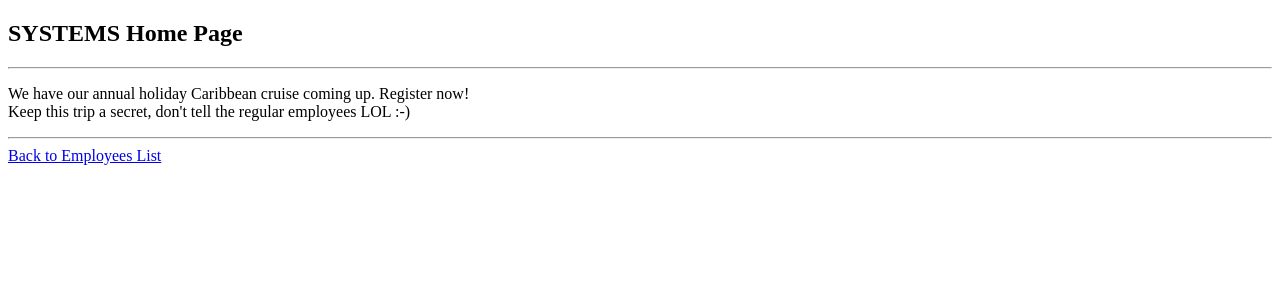
Repository: Vaishnavi-k-l/Springboot-Projects
Page: http://localhost/systems
These files come from the project's save history. The page is drawn as it stood at one moment and after the next save; the edit follows.
The browser window is 1280 px wide. The pictures show the whole page.
The page is this project's Thymeleaf template; nobody is signed in. The template is opened directly, without the code that normally fills it, so the values that code supplies are empty.

Above is the page before, as saved 2019-11-16 05:42:09.

### spring-security-with-jdbc/src/main/resources/templates/systems.html
<!DOCTYPE html>
<html xmlns: th=" 'http://ww.thymeleaf.org' ">
<head>
<meta charset="ISO-8859-1">
<title>Systems</title>
</head>


<body>
	<h2>SYSTEMS Home Page</h2>

<hr>

<p>
	We have our annual holiday Caribbean cruise coming up. Register now!
	<br>
	Keep this trip a secret, don't tell the regular employees LOL :-)
</p>

<hr>
<a th:href="@{/}">Back to Employees List</a>

</body>
</html>

After the next save:
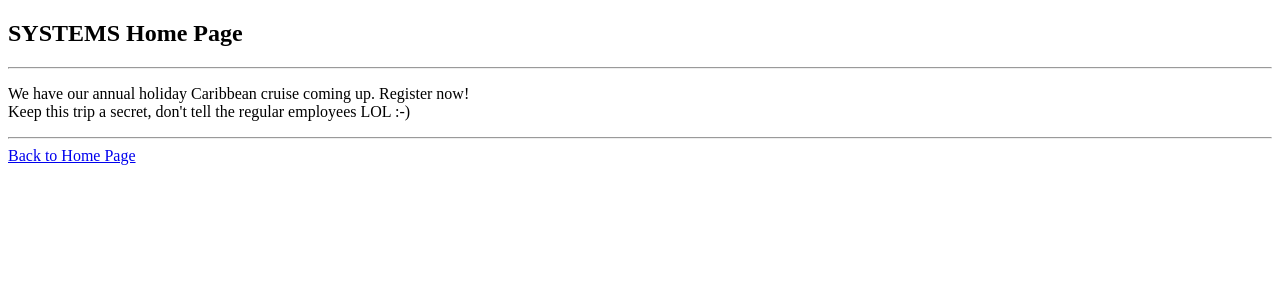
Saved 34 s later.
--- a/spring-security-with-jdbc/src/main/resources/templates/systems.html
+++ b/spring-security-with-jdbc/src/main/resources/templates/systems.html
@@ -1,13 +1,13 @@
 <!DOCTYPE html>
-<html xmlns: th=" 'http://ww.thymeleaf.org' ">
+<html lang="en" xmlns:th="http://www.thymeleaf.org">
+
 <head>
-<meta charset="ISO-8859-1">
-<title>Systems</title>
+	<title> SYSTEMS Home Page</title>
 </head>
 
+<body>
 
-<body>
-	<h2>SYSTEMS Home Page</h2>
+<h2>SYSTEMS Home Page</h2>
 
 <hr>
 
@@ -18,7 +18,9 @@
 </p>
 
 <hr>
-<a th:href="@{/}">Back to Employees List</a>
+
+<a th:href="@{/}">Back to Home Page</a>
 
 </body>
+
 </html>
